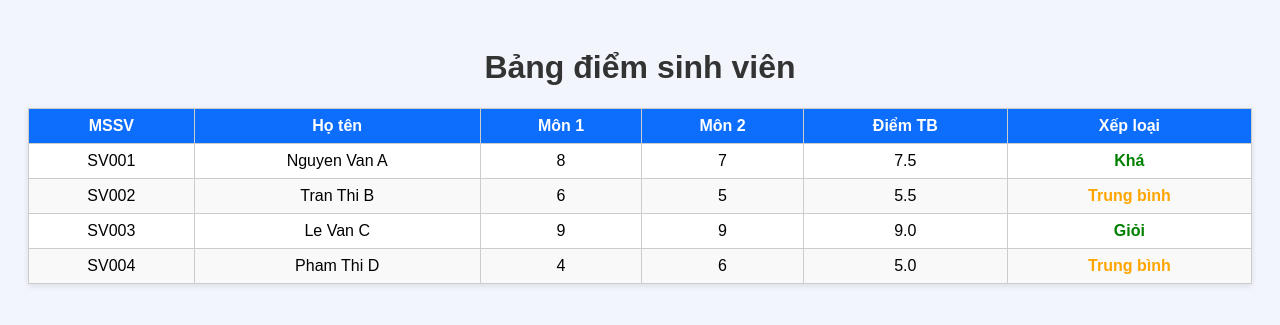
Repository: binhphanbp/ECMAScript_WEB501_WD20301
Page: Lab/Lab1/average-score.html
These files come from the project's save history. The page is drawn as it stood at one moment and after a run of saves; the edit follows.
The browser window is 1280 px wide. The pictures show the whole page.

Above is the page before, as saved 2025-09-18 09:29:28.

### Lab/Lab1/average-score.html
<!DOCTYPE html>
<html lang="vi">
  <head>
    <meta charset="utf-8" />
    <title>Bảng điểm sinh viên</title>
    <style>
      body {
        font-family: Arial, sans-serif;
        background: #f2f6fc;
        padding: 20px;
      }
      h1 {
        text-align: center;
        color: #333;
      }
      table {
        width: 100%;
        border-collapse: collapse;
        margin-top: 20px;
        background: white;
        box-shadow: 0 2px 6px rgba(0, 0, 0, 0.1);
      }
      th,
      td {
        border: 1px solid #ccc;
        padding: 8px 12px;
        text-align: center;
      }
      th {
        background: #0d6efd;
        color: white;
      }
      tr:nth-child(even) {
        background: #f9f9f9;
      }
      .good {
        color: green;
        font-weight: bold;
      }
      .avg {
        color: orange;
        font-weight: bold;
      }
      .bad {
        color: red;
        font-weight: bold;
      }
    </style>
  </head>
  <body>
    <h1>Bảng điểm sinh viên</h1>

    <table id="bangdiem">
      <thead>
        <tr>
          <th>MSSV</th>
          <th>Họ tên</th>
          <th>Môn 1</th>
          <th>Môn 2</th>
          <th>Điểm TB</th>
          <th>Xếp loại</th>
        </tr>
      </thead>
      <tbody></tbody>
    </table>

    <script>
      const dssv = [
        { mssv: 'SV001', ten: 'Nguyen Van A', mon1: 8, mon2: 7 },
        { mssv: 'SV002', ten: 'Tran Thi B', mon1: 6, mon2: 5 },
        { mssv: 'SV003', ten: 'Le Van C', mon1: 9, mon2: 9 },
        { mssv: 'SV004', ten: 'Pham Thi D', mon1: 4, mon2: 6 },
      ];

      function tinhDiemTB(sv) {
        return ((sv.mon1 + sv.mon2) / 2).toFixed(1);
      }

      function xepLoai(diemTB) {
        const dtb = parseFloat(diemTB);
        if (dtb >= 8) return { loai: 'Giỏi', cls: 'good' };
        if (dtb >= 6.5) return { loai: 'Khá', cls: 'good' };
        if (dtb >= 5) return { loai: 'Trung bình', cls: 'avg' };
        return { loai: 'Yếu', cls: 'bad' };
      }

      function hienThiDSSV() {
        const tbody = document.querySelector('#bangdiem tbody');
        tbody.innerHTML = '';

        dssv.forEach((sv) => {
          const tr = document.createElement('tr');

          const diemTB = tinhDiemTB(sv);
          const loai = xepLoai(diemTB);

          tr.innerHTML = `
          <td>${sv.mssv}</td>
          <td>${sv.ten}</td>
          <td>${sv.mon1}</td>
          <td>${sv.mon2}</td>
          <td>${diemTB}</td>
          <td class="${loai.cls}">${loai.loai}</td>
        `;

          tbody.appendChild(tr);
        });
      }

      hienThiDSSV();
    </script>
  </body>
</html>

After the next 7 saves:
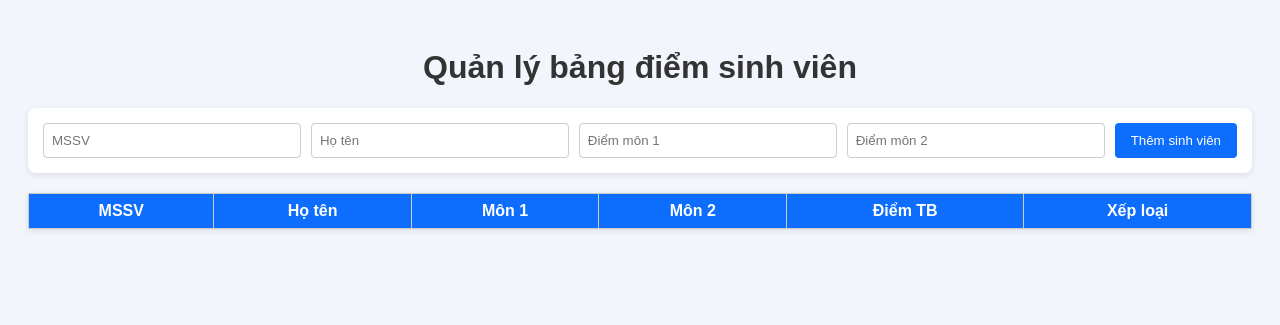
The 7 saves are shown as one change because they came seconds apart.
The last was saved 65 s later.
--- a/Lab/Lab1/average-score.html
+++ b/Lab/Lab1/average-score.html
@@ -13,10 +13,36 @@
         text-align: center;
         color: #333;
       }
+      form {
+        background: #fff;
+        padding: 15px;
+        border-radius: 8px;
+        box-shadow: 0 2px 6px rgba(0, 0, 0, 0.1);
+        display: flex;
+        flex-wrap: wrap;
+        gap: 10px;
+        margin-bottom: 20px;
+      }
+      form input {
+        flex: 1;
+        padding: 8px;
+        border: 1px solid #ccc;
+        border-radius: 4px;
+      }
+      form button {
+        padding: 10px 16px;
+        background: #0d6efd;
+        color: white;
+        border: none;
+        border-radius: 4px;
+        cursor: pointer;
+      }
+      form button:hover {
+        background: #0b5ed7;
+      }
       table {
         width: 100%;
         border-collapse: collapse;
-        margin-top: 20px;
         background: white;
         box-shadow: 0 2px 6px rgba(0, 0, 0, 0.1);
       }
@@ -48,8 +74,32 @@
     </style>
   </head>
   <body>
-    <h1>Bảng điểm sinh viên</h1>
+    <h1>Quản lý bảng điểm sinh viên</h1>
 
+    <!-- Form nhập điểm -->
+    <form id="formSV">
+      <input type="text" id="mssv" placeholder="MSSV" required />
+      <input type="text" id="ten" placeholder="Họ tên" required />
+      <input
+        type="number"
+        id="mon1"
+        placeholder="Điểm môn 1"
+        min="0"
+        max="10"
+        required
+      />
+      <input
+        type="number"
+        id="mon2"
+        placeholder="Điểm môn 2"
+        min="0"
+        max="10"
+        required
+      />
+      <button type="submit">Thêm sinh viên</button>
+    </form>
+
+    <!-- Bảng điểm -->
     <table id="bangdiem">
       <thead>
         <tr>
@@ -65,12 +115,7 @@
     </table>
 
     <script>
-      const dssv = [
-        { mssv: 'SV001', ten: 'Nguyen Van A', mon1: 8, mon2: 7 },
-        { mssv: 'SV002', ten: 'Tran Thi B', mon1: 6, mon2: 5 },
-        { mssv: 'SV003', ten: 'Le Van C', mon1: 9, mon2: 9 },
-        { mssv: 'SV004', ten: 'Pham Thi D', mon1: 4, mon2: 6 },
-      ];
+      const dssv = [];
 
       function tinhDiemTB(sv) {
         return ((sv.mon1 + sv.mon2) / 2).toFixed(1);
@@ -89,11 +134,10 @@
         tbody.innerHTML = '';
 
         dssv.forEach((sv) => {
-          const tr = document.createElement('tr');
-
           const diemTB = tinhDiemTB(sv);
           const loai = xepLoai(diemTB);
 
+          const tr = document.createElement('tr');
           tr.innerHTML = `
           <td>${sv.mssv}</td>
           <td>${sv.ten}</td>
@@ -102,12 +146,30 @@
           <td>${diemTB}</td>
           <td class="${loai.cls}">${loai.loai}</td>
         `;
-
           tbody.appendChild(tr);
         });
       }
 
-      hienThiDSSV();
+      document
+        .getElementById('formSV')
+        .addEventListener('submit', function (e) {
+          e.preventDefault();
+
+          const mssv = document.getElementById('mssv').value.trim();
+          const ten = document.getElementById('ten').value.trim();
+          const mon1 = parseFloat(document.getElementById('mon1').value);
+          const mon2 = parseFloat(document.getElementById('mon2').value);
+
+          if (!mssv || !ten || isNaN(mon1) || isNaN(mon2)) {
+            alert('Vui lòng nhập đầy đủ và chính xác!');
+            return;
+          }
+
+          dssv.push({ mssv, ten, mon1, mon2 });
+          hienThiDSSV();
+
+          this.reset();
+        });
     </script>
   </body>
 </html>
